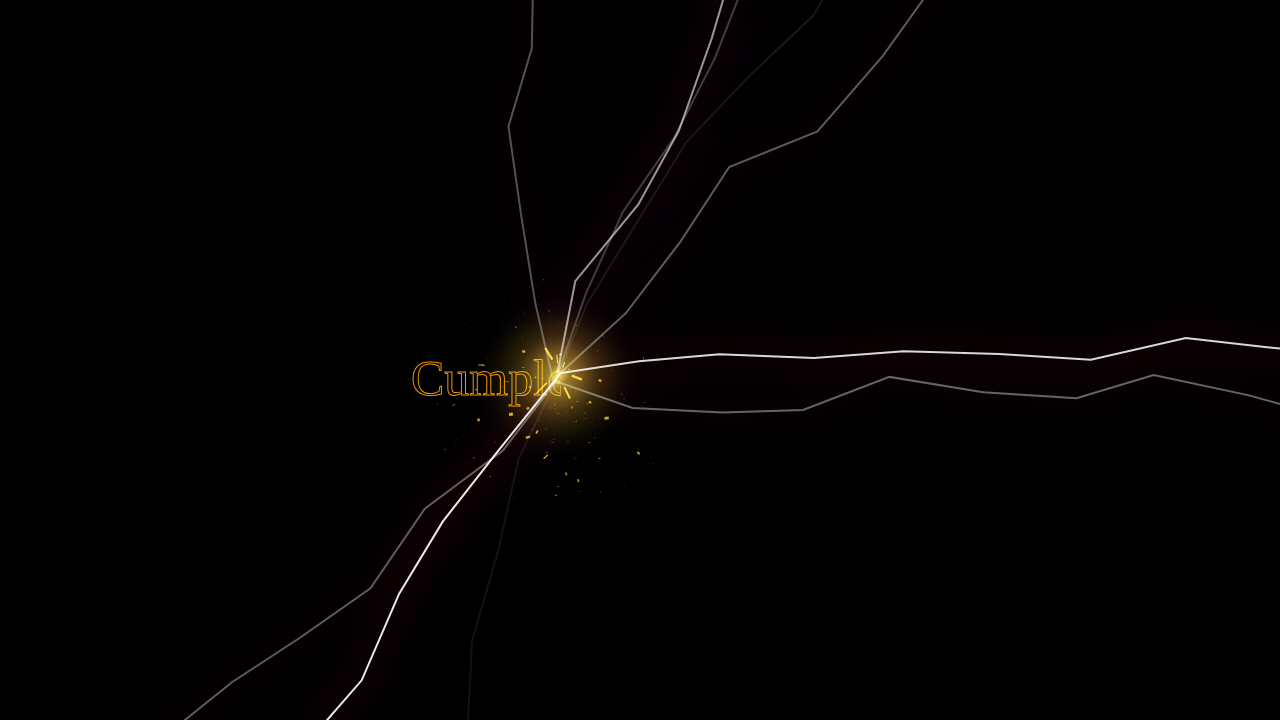
Repository: hosoya08/Raiki
Page: main.html
The author's editor kept a copy of each file at every save. The page is drawn from the files as they stood at one save, then again after the next save.
The browser window is 1280 px wide. The pictures show the whole page.
Some web fonts or font styles are not loaded; a fallback is used.

Above is the page before, as saved 2025-03-25 23:57:00.

After the next save:
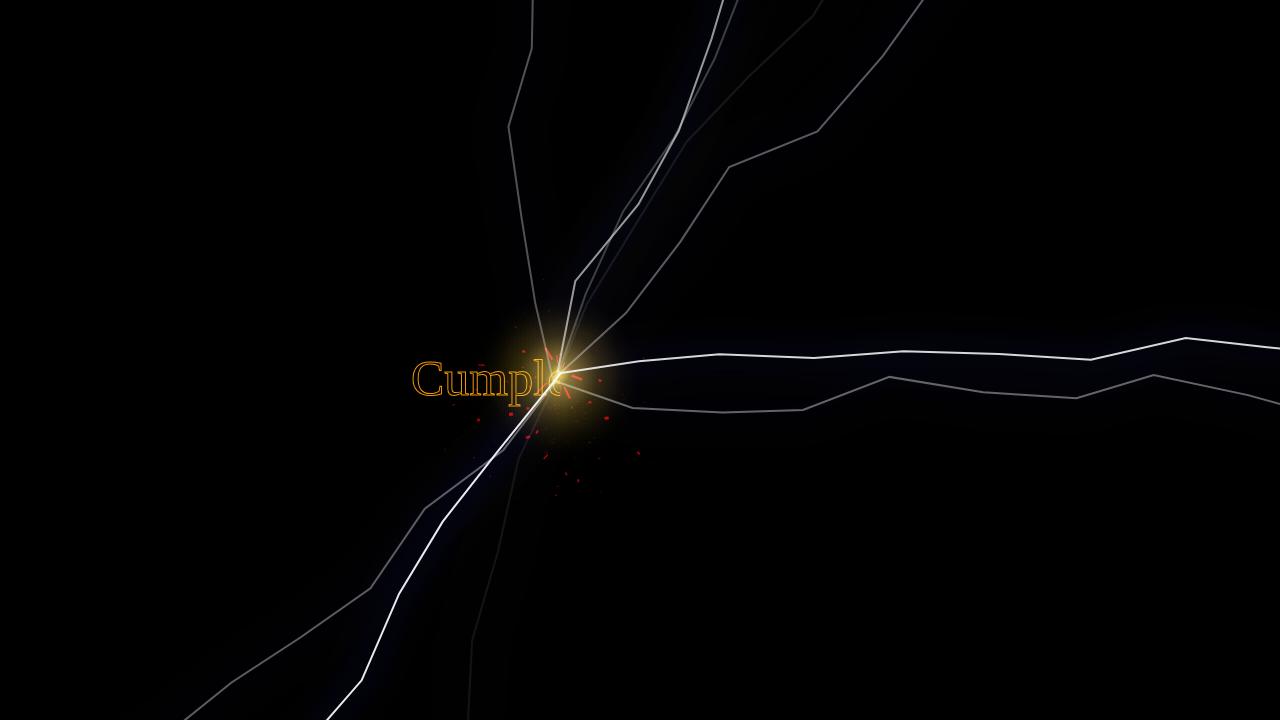
Saved 18 s later.
--- a/script.js
+++ b/script.js
@@ -5,7 +5,7 @@ function Thunder(options) {
   this.lifespan = options.lifespan || Math.round(Math.random() * 10 + 10)
   this.maxlife = this.lifespan
   this.color = options.color || "#fefefe"
-  this.glow = options.glow || "#e60012"
+  this.glow = options.glow || "#2323fe"
   this.x = options.x || Math.random() * w
   this.y = options.y || Math.random() * h
   this.width = options.width || 2
@@ -74,7 +74,7 @@ function Spark(options) {
   this.width = options.width || Math.random() * 3
   this.lifespan = options.lifespan || Math.round(Math.random() * 20 + 40)
   this.maxlife = this.lifespan
-  this.color = options.color || "#feca32"
+  this.color = options.color || "#e60012"
   this.prev = { x: this.x, y: this.y }
 
   this.update = function (index, array) {
